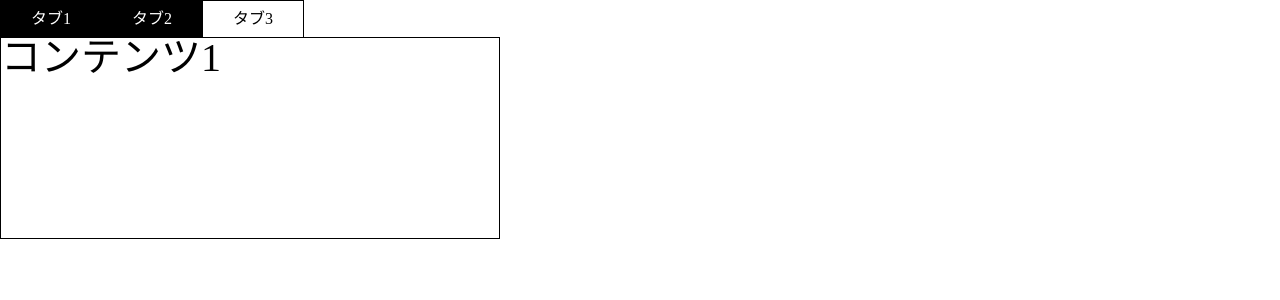
Repository: masanarimiura/20220617_miura
Page: index.html
An editor plug-in stored every save of this project. The page is shown before and after the next save, followed by the edit.
The browser window is 1280 px wide. The pictures show the whole page.

Above is the page before, as saved 2022-06-17 17:48:06.

### index.html
<!DOCTYPE html>
<html lang="ja">

<head>
  <meta charset="UTF-8">
  <meta http-equiv="X-UA-Compatible" content="IE=edge">
  <meta name="viewport" content="width=device-width, initial-scale=1.0">
  <title>Document</title>
  <script src="https://cdn.jsdelivr.net/npm/vue@2/dist/vue.js"></script>
  <style>
    html,
    body,
    div,
    span,
    object,
    iframe,
    h1,
    h2,
    h3,
    h4,
    h5,
    h6,
    p,
    blockquote,
    pre,
    abbr,
    address,
    cite,
    code,
    del,
    dfn,
    em,
    img,
    ins,
    kbd,
    q,
    samp,
    small,
    strong,
    sub,
    sup,
    var,
    b,
    i,
    dl,
    dt,
    dd,
    ol,
    ul,
    li,
    fieldset,
    form,
    label,
    legend,
    table,
    caption,
    tbody,
    tfoot,
    thead,
    tr,
    th,
    td,
    article,
    aside,
    canvas,
    details,
    figcaption,
    figure,
    footer,
    header,
    hgroup,
    menu,
    nav,
    section,
    summary,
    time,
    mark,
    audio,
    video {
      margin: 0;
      padding: 0;
      border: 0;
      outline: 0;
      font-size: 100%;
      vertical-align: baseline;
      background: transparent;
    }

    body {
      line-height: 1;
    }

    article,
    aside,
    details,
    figcaption,
    figure,
    footer,
    header,
    hgroup,
    menu,
    nav,
    section {
      display: block;
    }

    nav ul {
      list-style: none;
    }

    blockquote,
    q {
      quotes: none;
    }

    blockquote:before,
    blockquote:after,
    q:before,
    q:after {
      content: '';
      content: none;
    }

    a {
      margin: 0;
      padding: 0;
      font-size: 100%;
      vertical-align: baseline;
      background: transparent;
    }

    /* change colours to suit your needs */
    ins {
      background-color: #ff9;
      color: #000;
      text-decoration: none;
    }

    /* change colours to suit your needs */
    mark {
      background-color: #ff9;
      color: #000;
      font-style: italic;
      font-weight: bold;
    }

    del {
      text-decoration: line-through;
    }

    abbr[title],
    dfn[title] {
      border-bottom: 1px dotted;
      cursor: help;
    }

    table {
      border-collapse: collapse;
      border-spacing: 0;
    }

    /* change border colour to suit your needs */
    hr {
      display: block;
      height: 1px;
      border: 0;
      border-top: 1px solid #cccccc;
      margin: 1em 0;
      padding: 0;
    }

    input,
    select {
      vertical-align: middle;
    }

    #tab {
      width: 500px;
    }

    .tab-menu {
      display: flex;
    }

    .tabMenuItem {
      text-align: center;
      padding: 10px 0;
      cursor: pointer;
      list-style: none;
      width: 100px;
      border-top: 1px solid #000;
      border-left: 1px solid #000;
      border-right: 1px solid #000;
    }

    .tabMenuItem:not(:first-child) {
      border-left: none;
    }

    .tabMenuItem.active {
      background: #000;
      color: white;
    }

    .tab-content {
      height: 200px;
      border: 1px solid #000;
    }

    .tabContentItem {
      display: none;
      font-size: 40px;
    }

    .tabContentItem.show {
      display: block;
    }
  </style>
</head>

<body>
  <!-- 切り替えタブ -->
  <div id="tab">
    <ul class="tab-menu">
      <li class="tabMenuItem active" v-bind:class="tabContent1" v-on:click="changeClassName1">タブ1</li>
      <li class="tabMenuItem" v-bind:class="tabContent2" v-on:click="changeClassName2">タブ2</li>
      <li class="tabMenuItem" v-bind:class="tabContent" v-on:click="changeClassName3">タブ3</li>
    </ul>
    <div class="tab-content">
      <div class="tabContentItem show">コンテンツ1</div>
      <div class="tabContentItem">コンテンツ2</div>
      <div class="tabContentItem">コンテンツ3</div>
    </div>
  </div>
  <script>
    const vm = new Vue({
      el: '#tab',
      data() {
        return {
          tabContent1: 'tabMenuItem active',
          tabContent2: 'tabMenuItem active',
          tabContent3: 'tabMenuItem active',
        }
      },
      methods: {
        changeClassName1() {
          this.tabMenuItem = 'tabMenuItem active';
          this.tabContentItem = 'tabContentItem active';
        }
      }
    });
  </script>
</body>

</html>

After the next save:
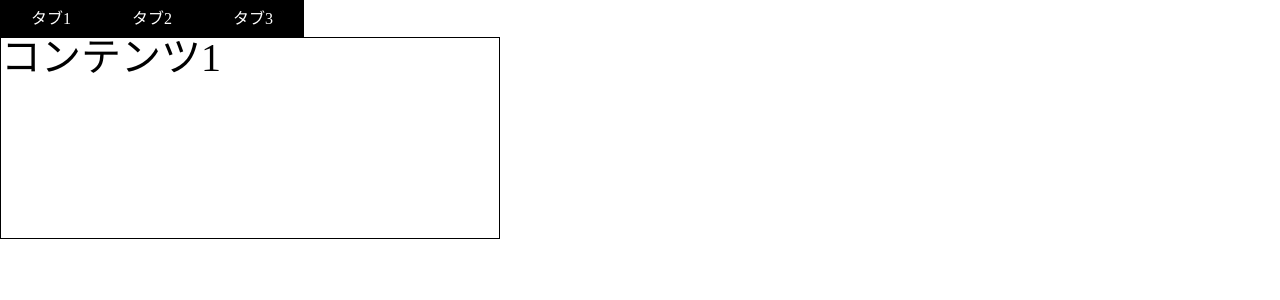
Saved 11 s later.
--- a/index.html
+++ b/index.html
@@ -224,7 +224,7 @@
     <ul class="tab-menu">
       <li class="tabMenuItem active" v-bind:class="tabContent1" v-on:click="changeClassName1">タブ1</li>
       <li class="tabMenuItem" v-bind:class="tabContent2" v-on:click="changeClassName2">タブ2</li>
-      <li class="tabMenuItem" v-bind:class="tabContent" v-on:click="changeClassName3">タブ3</li>
+      <li class="tabMenuItem" v-bind:class="tabContent3" v-on:click="changeClassName3">タブ3</li>
     </ul>
     <div class="tab-content">
       <div class="tabContentItem show">コンテンツ1</div>
